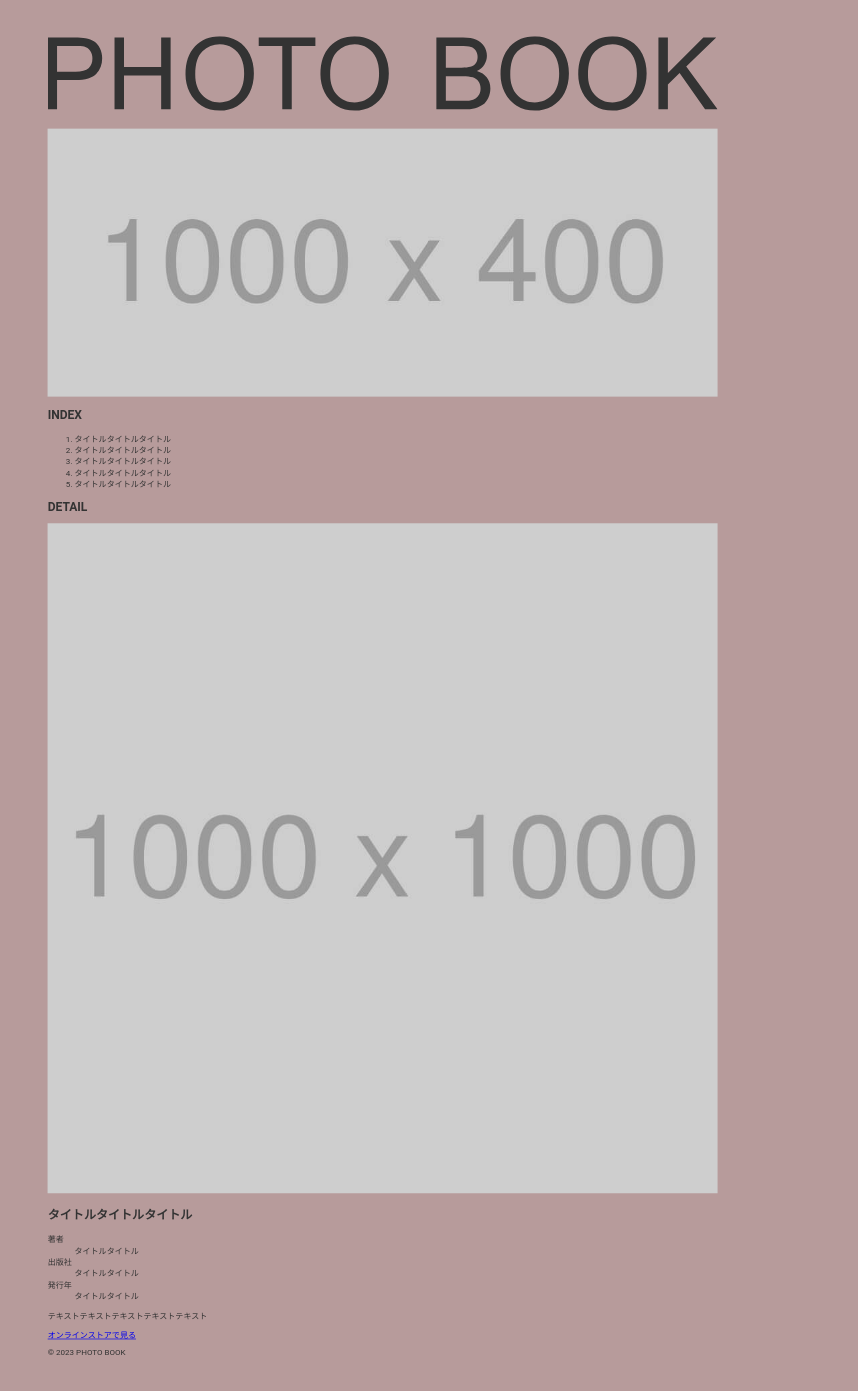
Repository: Fuki-san/photo-book-1
Page: http://localhost/photo
The author's editor kept a copy of each file at every save. The page is drawn from the files as they stood at one save, then again after a run of saves.
The browser window is 1280 px wide. The pictures show the whole page, at 67% of full size.
The page is served by the project's Laravel application, run on PHP 8.4 with Laravel 10. Other server files are loaded and not shown.

Above is the page before, as saved 2023-11-28 15:55:17.

### routes/web.php
<?php

use Illuminate\Support\Facades\Route;

/*
|--------------------------------------------------------------------------
| Web Routes
|--------------------------------------------------------------------------
|
| Here is where you can register web routes for your application. These
| routes are loaded by the RouteServiceProvider and all of them will
| be assigned to the "web" middleware group. Make something great!
|
*/

Route::get('/', function () {
    return view('welcome');
});

Route::get('photo', function () {
    return view('photo');
});

### resources/views/photo.blade.php
@extends('layouts.main')

@section('title', 'photo')

@section('content')
    <div class="container">
        <header id="header">
            <h1 class="site-title"><a href="#"><img src="img/logo.svg" alt=""></a></h1>
        </header>

        <main>
            <div class="mainvisual">
                <img src="img/mainvisual.jpg" alt="">
            </div>
            <section id="index">
                <div class="content">
                    <h2 class="sec-title">INDEX</h2>
                    <ol class="index-list">
                        <li>タイトルタイトルタイトル</li>
                        <li>タイトルタイトルタイトル</li>
                        <li>タイトルタイトルタイトル</li>
                        <li>タイトルタイトルタイトル</li>
                        <li>タイトルタイトルタイトル</li>
                    </ol>
                </div>
            </section>

            <section id="detail">
                <div class="content">
                    <h2 class="sec-title">DETAIL</h2>
                    <div class="detail-img"><img src="img/detail.jpg" alt=""></div>
                    <div class="text">
                        <h2 class="title">タイトルタイトルタイトル</h2>
                        <dl class="detail-deflist">
                            <dt>著者</dt><dd>タイトルタイトル</dd>
                            <dt>出版社</dt><dd>タイトルタイトル</dd>
                            <dt>発行年</dt><dd>タイトルタイトル</dd>
                        </dl>
                        <p>テキストテキストテキストテキストテキスト</p>
                        <a href="#">オンラインストアで見る</a>
                    </div>
                </div>
            </section>
        </main>

        <footer id="footer">
            <p class="copyright">&copy; 2023 PHOTO BOOK</p>
        </footer>

    </div>
@endsection

### resources/views/layouts/main.blade.php
<!DOCTYPE html>
<html lang="ja">
<head>
    <meta charset="UTF-8">
    <meta name="viewport" content="width=device-width, initial-scale=1.0">
    <meta http-equiv="X-UA-Compatible" content="ie=edge">
    <link rel="stylesheet" href="{{ asset('css/reset.css') }}">
    <link rel="stylesheet" href="{{ asset('css/style.css') }}">
    <link rel="icon" href="img/favicon.ico">
    <title>@yield('title')</title>
</head>
<body>
    @yield('content')
</body>
</html>

### public/css/style.css
@charset "utf-8";

html{
    font-size: 100%;
}
img{
    max-width: 100%;
}
body{
    font-family: 'Roboto', sans-serif;
    font-size: 0.75rem;
    color: #333;
    background-color: #b79b9b;
}
.container{
    padding: 30px 5%;
    margin-top: 20px;
    margin: 0 auto;
}

/* header */

#header{
    margin-bottom: 20px;
    width: 1000px;

}

### public/img/logo.svg
<?xml version="1.0" encoding="utf-8"?>
<!-- Generator: Adobe Illustrator 15.1.0, SVG Export Plug-In . SVG Version: 6.00 Build 0)  -->
<!DOCTYPE svg PUBLIC "-//W3C//DTD SVG 1.1//EN" "http://www.w3.org/Graphics/SVG/1.1/DTD/svg11.dtd">
<svg version="1.1" id="レイヤー_1" xmlns="http://www.w3.org/2000/svg" xmlns:xlink="http://www.w3.org/1999/xlink" x="0px"
	 y="0px" width="1400px" height="156px" viewBox="0 0 1400 156" enable-background="new 0 0 1400 156" xml:space="preserve">
<g>
	<path fill="#333333" d="M0,152.092V2.65h56.373c9.92,0,17.498,0.477,22.731,1.428c7.34,1.223,13.49,3.552,18.451,6.982
		c4.96,3.433,8.953,8.241,11.978,14.425c3.022,6.185,4.536,12.98,4.536,20.387c0,12.709-4.043,23.463-12.129,32.264
		c-8.09,8.802-22.699,13.202-43.834,13.202h-38.33v60.754H0z M19.775,73.702h38.636c12.775,0,21.847-2.379,27.217-7.136
		c5.369-4.757,8.053-11.451,8.053-20.082c0-6.252-1.581-11.604-4.741-16.056c-3.16-4.45-7.324-7.391-12.487-8.817
		c-3.33-0.883-9.481-1.325-18.452-1.325H19.775V73.702z"/>
	<path fill="#333333" d="M139.859,152.092V2.65h19.776v61.367h77.677V2.65h19.775v149.441h-19.775V81.652h-77.677v70.439H139.859z"
		/>
	<path fill="#333333" d="M288.174,79.309c0-24.805,6.66-44.224,19.98-58.258C321.473,7.019,338.667,0,359.735,0
		c13.795,0,26.232,3.298,37.309,9.889c11.076,6.593,19.521,15.784,25.332,27.574c5.811,11.791,8.716,25.163,8.716,40.112
		c0,15.155-3.059,28.713-9.175,40.674c-6.116,11.961-14.781,21.016-25.993,27.166c-11.214,6.15-23.311,9.226-36.291,9.226
		c-14.067,0-26.641-3.398-37.717-10.194c-11.079-6.794-19.471-16.071-25.179-27.829C291.029,104.86,288.174,92.425,288.174,79.309z
		 M308.562,79.614c0,18.01,4.843,32.197,14.527,42.559c9.684,10.364,21.831,15.546,36.442,15.546
		c14.884,0,27.131-5.231,36.75-15.699c9.615-10.464,14.423-25.313,14.423-44.546c0-12.165-2.057-22.784-6.167-31.856
		c-4.112-9.071-10.126-16.106-18.043-21.101c-7.917-4.995-16.804-7.493-26.656-7.493c-14,0-26.046,4.81-36.137,14.425
		C313.608,41.065,308.562,57.121,308.562,79.614z"/>
	<path fill="#333333" d="M490.425,152.092V20.286h-49.237V2.65h118.451v17.636h-49.439v131.806H490.425z"/>
	<path fill="#333333" d="M570.14,79.309c0-24.805,6.658-44.224,19.979-58.258C603.438,7.019,620.632,0,641.7,0
		c13.794,0,26.23,3.298,37.309,9.889c11.076,6.593,19.522,15.784,25.331,27.574c5.813,11.791,8.717,25.163,8.717,40.112
		c0,15.155-3.059,28.713-9.176,40.674c-6.114,11.961-14.779,21.016-25.992,27.166s-23.311,9.226-36.291,9.226
		c-14.068,0-26.641-3.398-37.717-10.194c-11.078-6.794-19.47-16.071-25.179-27.829C572.994,104.86,570.14,92.425,570.14,79.309z
		 M590.526,79.614c0,18.01,4.843,32.197,14.527,42.559c9.685,10.364,21.83,15.546,36.442,15.546
		c14.883,0,27.132-5.231,36.748-15.699c9.615-10.464,14.424-25.313,14.424-44.546c0-12.165-2.057-22.784-6.166-31.856
		c-4.113-9.071-10.127-16.106-18.043-21.101c-7.918-4.995-16.804-7.493-26.658-7.493c-14,0-26.044,4.81-36.136,14.425
		C595.572,41.065,590.526,57.121,590.526,79.614z"/>
	<path fill="#333333" d="M812.43,152.092V2.65h56.066c11.416,0,20.573,1.514,27.472,4.537c6.896,3.024,12.3,7.68,16.209,13.966
		c3.907,6.286,5.861,12.861,5.861,19.724c0,6.39-1.732,12.404-5.198,18.044c-3.467,5.641-8.7,10.193-15.7,13.659
		c9.039,2.65,15.987,7.172,20.848,13.558c4.857,6.389,7.289,13.933,7.289,22.631c0,7-1.479,13.506-4.435,19.521
		c-2.957,6.016-6.612,10.652-10.958,13.915c-4.352,3.261-9.806,5.726-16.363,7.391c-6.558,1.666-14.593,2.497-24.106,2.497H812.43z
		 M832.206,65.444h32.313c8.768,0,15.053-0.576,18.859-1.733c5.027-1.493,8.818-3.975,11.366-7.439
		c2.548-3.468,3.822-7.815,3.822-13.049c0-4.961-1.188-9.328-3.567-13.099c-2.38-3.773-5.776-6.354-10.192-7.748
		c-4.419-1.393-11.997-2.09-22.733-2.09h-29.868V65.444z M832.206,134.457h37.208c6.386,0,10.872-0.237,13.455-0.715
		c4.552-0.814,8.358-2.173,11.417-4.077c3.058-1.901,5.571-4.672,7.544-8.308c1.971-3.634,2.956-7.832,2.956-12.589
		c0-5.571-1.428-10.414-4.281-14.526c-2.854-4.111-6.814-6.999-11.876-8.665c-5.063-1.664-12.354-2.497-21.865-2.497h-34.558
		V134.457z"/>
	<path fill="#333333" d="M946.479,79.309c0-24.805,6.659-44.224,19.979-58.258C979.776,7.019,996.972,0,1018.039,0
		c13.794,0,26.23,3.298,37.309,9.889c11.077,6.593,19.521,15.784,25.331,27.574c5.812,11.791,8.717,25.163,8.717,40.112
		c0,15.155-3.058,28.713-9.175,40.674s-14.781,21.016-25.994,27.166s-23.311,9.226-36.29,9.226
		c-14.068,0-26.641-3.398-37.717-10.194c-11.078-6.794-19.47-16.071-25.18-27.829C949.332,104.86,946.479,92.425,946.479,79.309z
		 M966.865,79.614c0,18.01,4.842,32.197,14.526,42.559c9.685,10.364,21.83,15.546,36.442,15.546
		c14.884,0,27.133-5.231,36.749-15.699c9.615-10.464,14.424-25.313,14.424-44.546c0-12.165-2.057-22.784-6.166-31.856
		c-4.113-9.071-10.127-16.106-18.044-21.101c-7.917-4.995-16.803-7.493-26.657-7.493c-14.001,0-26.044,4.81-36.136,14.425
		C971.91,41.065,966.865,57.121,966.865,79.614z"/>
	<path fill="#333333" d="M1108.865,79.309c0-24.805,6.66-44.224,19.979-58.258C1142.163,7.019,1159.357,0,1180.426,0
		c13.794,0,26.23,3.298,37.31,9.889c11.076,6.593,19.521,15.784,25.332,27.574c5.811,11.791,8.715,25.163,8.715,40.112
		c0,15.155-3.059,28.713-9.175,40.674c-6.115,11.961-14.779,21.016-25.993,27.166s-23.312,9.226-36.29,9.226
		c-14.068,0-26.642-3.398-37.719-10.194c-11.078-6.794-19.469-16.071-25.177-27.829
		C1111.719,104.86,1108.865,92.425,1108.865,79.309z M1129.254,79.614c0,18.01,4.842,32.197,14.525,42.559
		c9.684,10.364,21.831,15.546,36.442,15.546c14.882,0,27.131-5.231,36.749-15.699c9.615-10.464,14.424-25.313,14.424-44.546
		c0-12.165-2.057-22.784-6.167-31.856c-4.113-9.071-10.127-16.106-18.043-21.101c-7.917-4.995-16.804-7.493-26.658-7.493
		c-13.999,0-26.044,4.81-36.135,14.425C1134.298,41.065,1129.254,57.121,1129.254,79.614z"/>
	<path fill="#333333" d="M1276.45,152.092V2.65h19.776V76.76l74.211-74.109h26.81l-62.691,60.552l65.444,88.89h-26.096
		l-53.213-75.638l-24.465,23.854v51.784H1276.45z"/>
</g>
</svg>

After the next 4 saves:
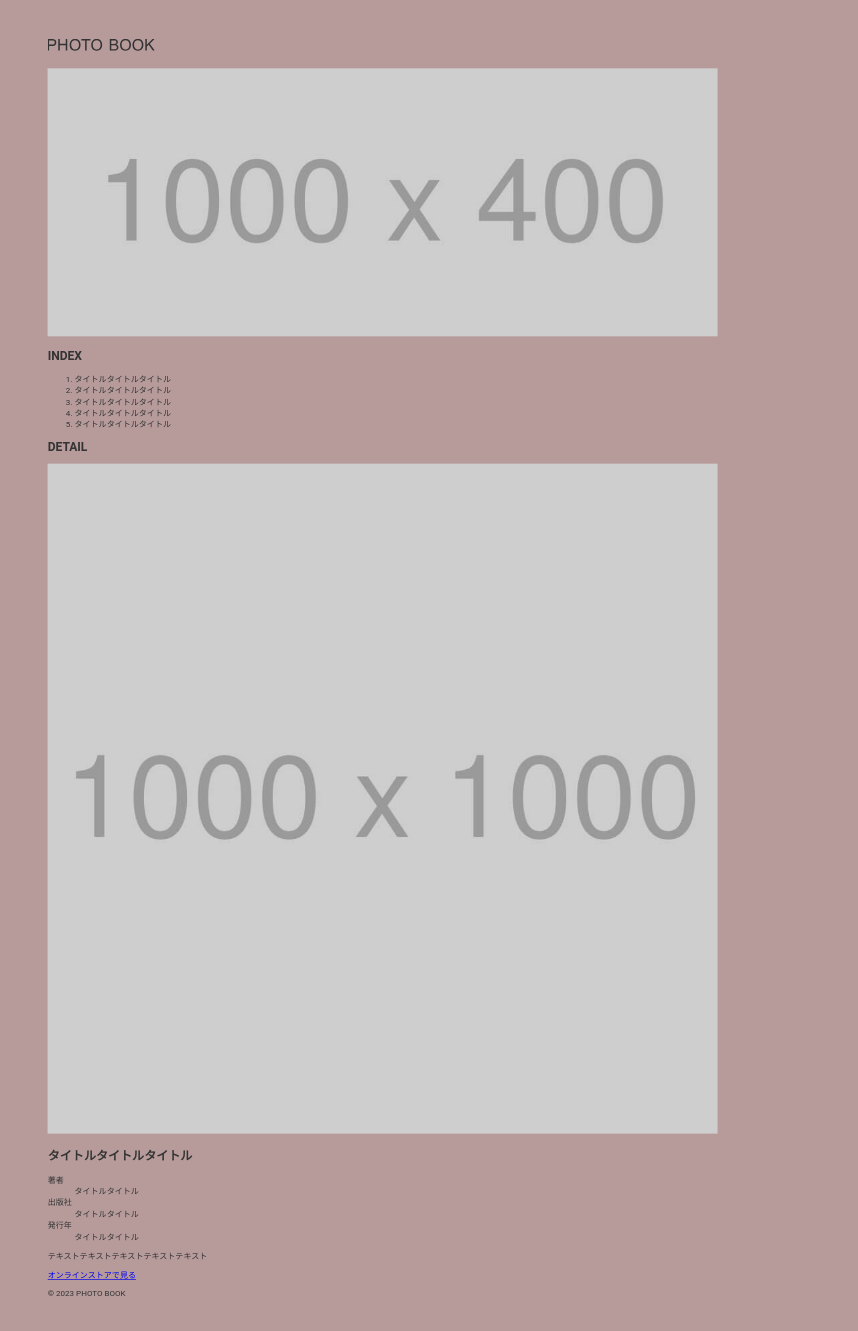
The 4 saves are shown as one change because they came seconds apart.
The last was saved 22 s later.
--- a/public/css/style.css
+++ b/public/css/style.css
@@ -23,5 +23,7 @@ body{
 #header{
     margin-bottom: 20px;
     width: 1000px;
-
 }
+#header .site-title{
+    width: 160px;
+}
